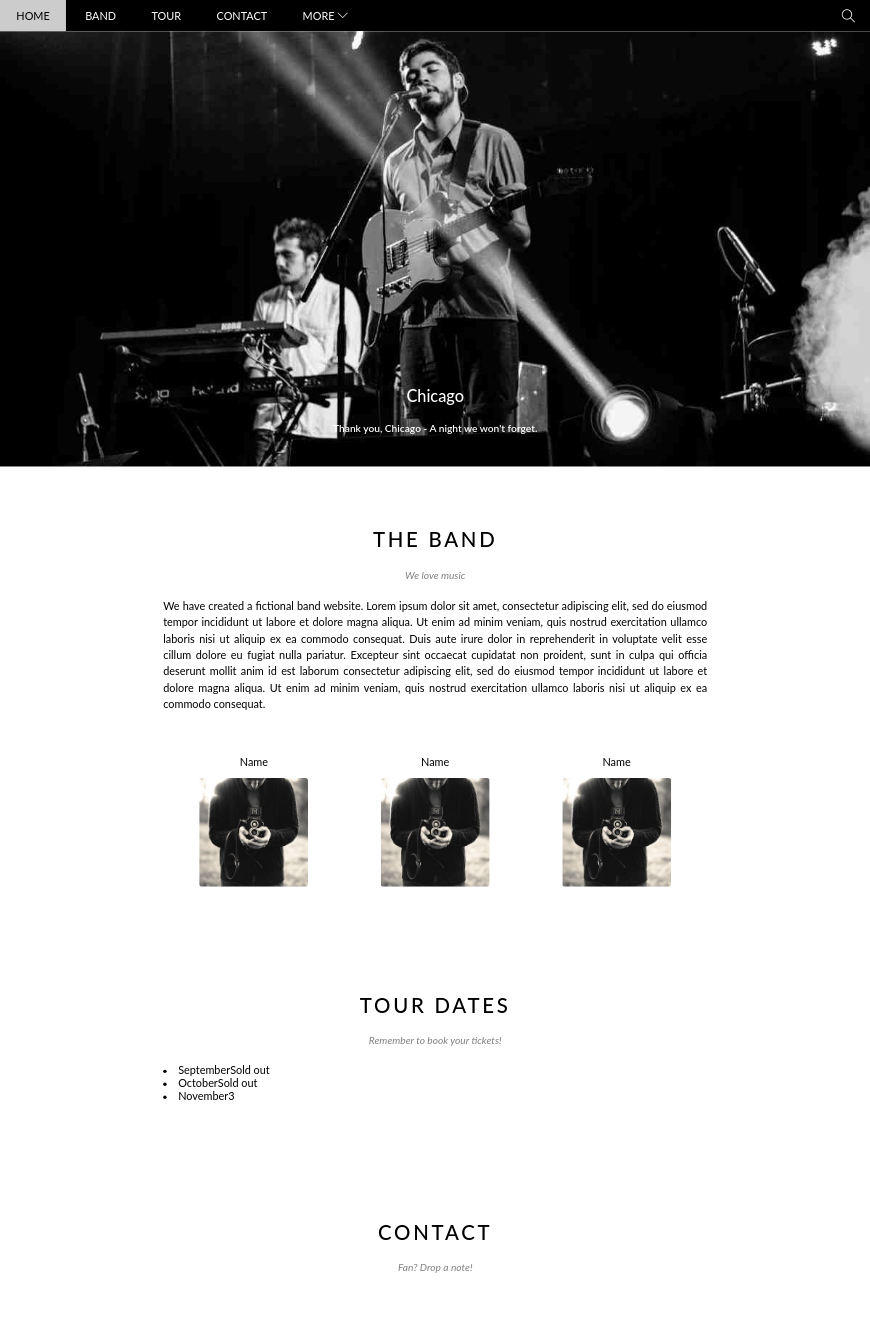
Repository: tatvanhco/web-dau-tay
Page: index.html
An editor plug-in stored every save of this project. The page is shown before and after the next save, followed by the edit.
The browser window is 1280 px wide. The pictures show the whole page, at 68% of full size.

Above is the page before, as saved 2022-01-23 19:27:10.

After the next save:
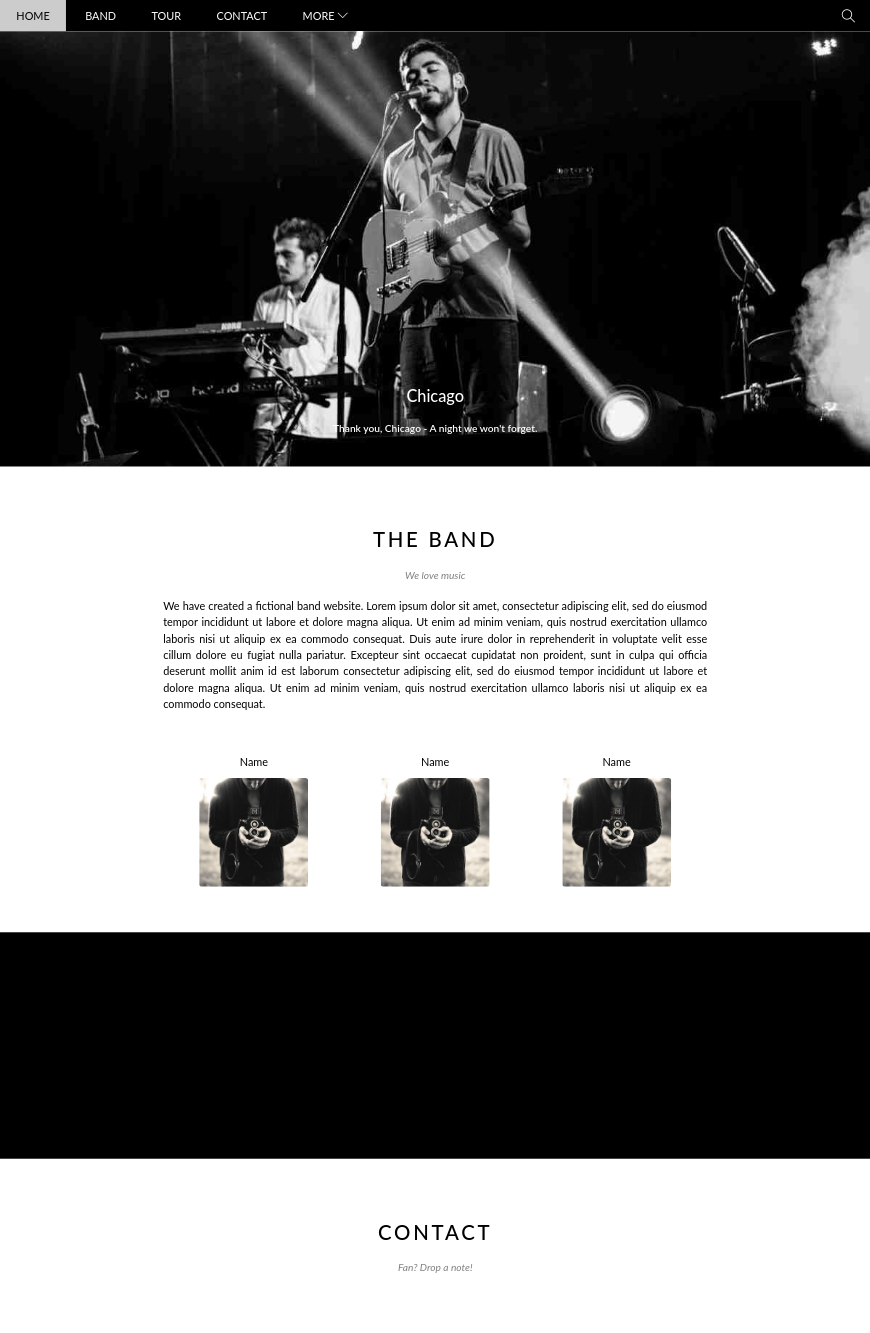
Saved 62 s later.
--- a/assets/css/style.css
+++ b/assets/css/style.css
@@ -172,3 +172,7 @@ body {
     border-radius: 4px;
     text-align: center;
 }
+
+.tour-section {
+    background-color: #000;
+}
